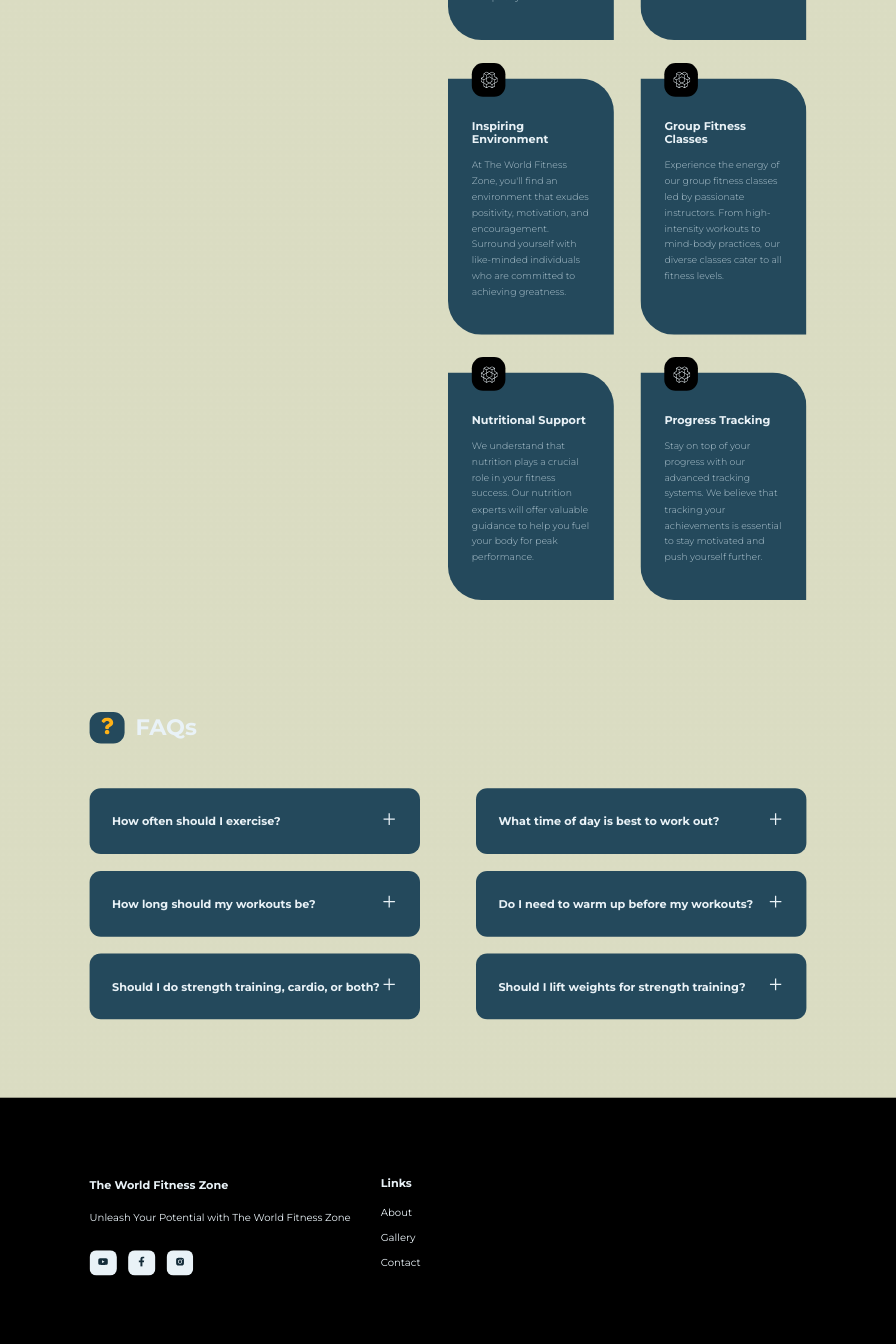
Repository: aryaMode/gym-portfolio
Page: /
The author's editor kept a copy of each file at every save. The page is drawn from the files as they stood at one save, then again after a run of saves.
The browser window is 1280 px wide. The pictures show the part of the page from y = 2233 to 4153 px (the page is 4153 px tall), at 70% of full size.
The project was rebuilt for these pictures with package versions that can differ from the ones it lists, and the page was loaded fresh each time. Also part of the build but not shown: src/components/Testimonial.jsx, src/pages/about/about.css, src/components/Header.jsx, src/pages/about/About.jsx, src/pages/contact/contact.css, src/pages/contact/Contact.jsx, src/pages/gallery/gallery.css, src/pages/gallery/Gallery.jsx and 7 more.

Above is the page before, as saved 2023-07-20 18:15:58.

After the next 4 saves:
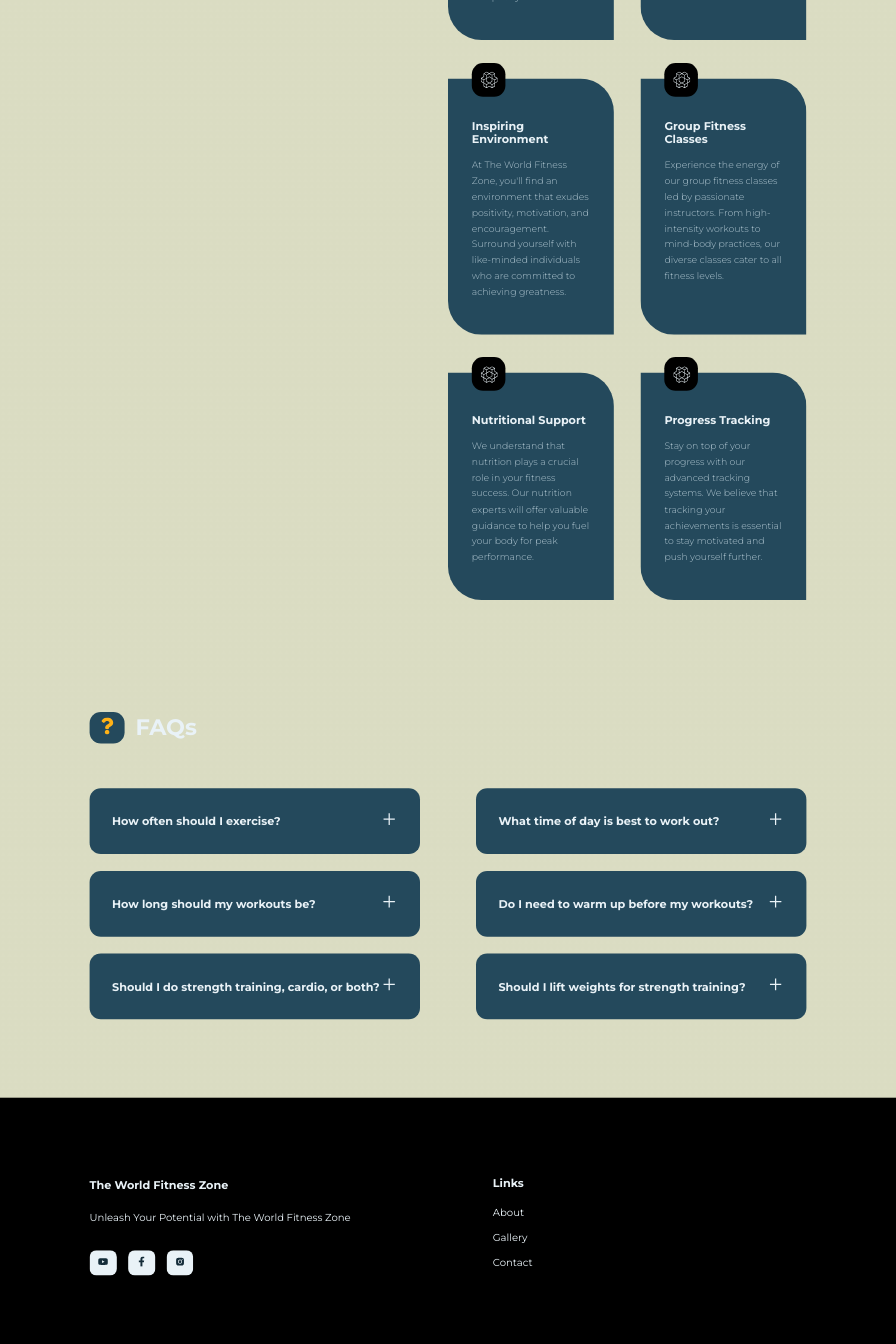
The 4 saves are shown as one change because they came seconds apart.
The last was saved 12 s later.
--- a/src/pages/home/home.css
+++ b/src/pages/home/home.css
@@ -240,7 +240,7 @@ footer {
 .footer__container {
     display: grid;
     grid-template-columns: 26rem  1fr;
-    justify-content: space-around;
+gap: 10rem;
 }
 
 .footer__container article {
